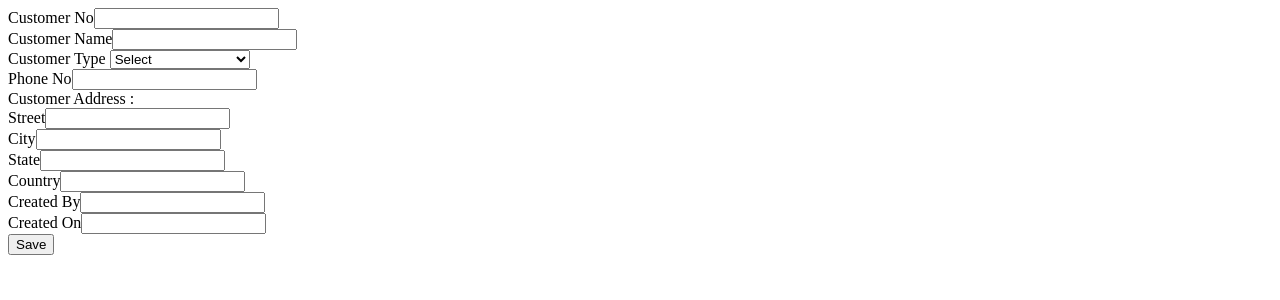
Repository: Mahesh2114/Project
Page: http://localhost/bms/save.jsp
These files come from the project's save history. The page is drawn as it stood at one moment and after the next save; the edit follows.
The browser window is 1280 px wide. The pictures show the whole page.
The page is served by Tomcat 9. Other server files are loaded and not shown.

Above is the page before, as saved 2021-12-05 10:37:04.

### Project1/bms/src/main/webapp/save.jsp
<%@ page language="java" contentType="text/html; charset=ISO-8859-1"
	pageEncoding="ISO-8859-1"%>
<!DOCTYPE html>
<html>
<head>
<meta charset="ISO-8859-1">
<title>Insert title here</title>
</head>
<body>
	<form action="/save" method="post">

		<div>
			<label>Customer No</label><input type="text" name="cid">
		</div>
		<div>
			<label>Customer Name</label><input type="text" name="name">
		</div>
		<div>
			<label for="type">Customer Type</label> <select name="type" id="type">
				<option value="select">Select</option>
				<option value="cheap">Cheap Customer</option>
				<option value="educated">Educated Customer</option>
				<option value="driven">Driven Customer</option>
			</select>
		</div>
		<div>
			<label>Phone No</label><input type="text" name="phone">
		</div>
		<div>
			<label>Customer Address :</label><br> <label>Street</label><input
				type="text" name="street"> <br> <label>City</label><input
				type="text" name="city"><br> <label>State</label><input
				type="text" name="state"><br> <label>Country</label><input
				type="text" name="country"><br>
		</div>
		<div>
			<label>Created By</label><input type="text" name="created_by">
		</div>
		<div>
			<label>Created On</label><input type="text" name="date">
		</div>


		<div>
			<button type="submit">Save</button>
		</div>
	</form>
</body>
</html>

After the next save:
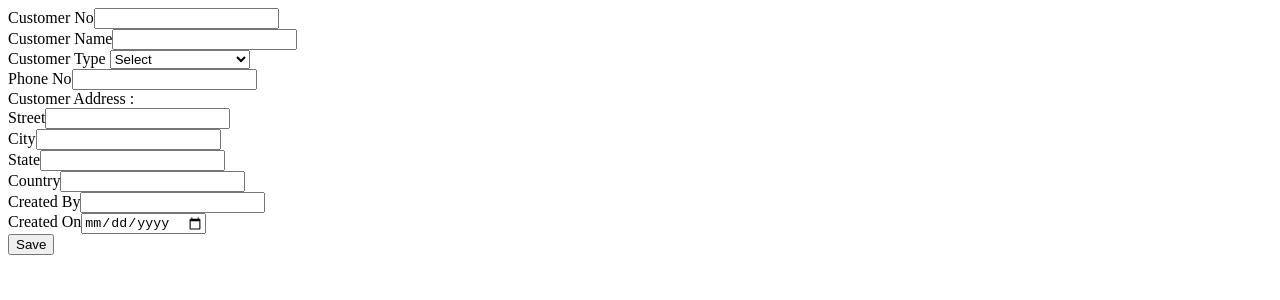
Saved 18 min 34 s later.
--- a/Project1/bms/src/main/webapp/save.jsp
+++ b/Project1/bms/src/main/webapp/save.jsp
@@ -37,7 +37,7 @@
 			<label>Created By</label><input type="text" name="created_by">
 		</div>
 		<div>
-			<label>Created On</label><input type="text" name="date">
+			<label>Created On</label><input type="date" name="date">
 		</div>
 
 
